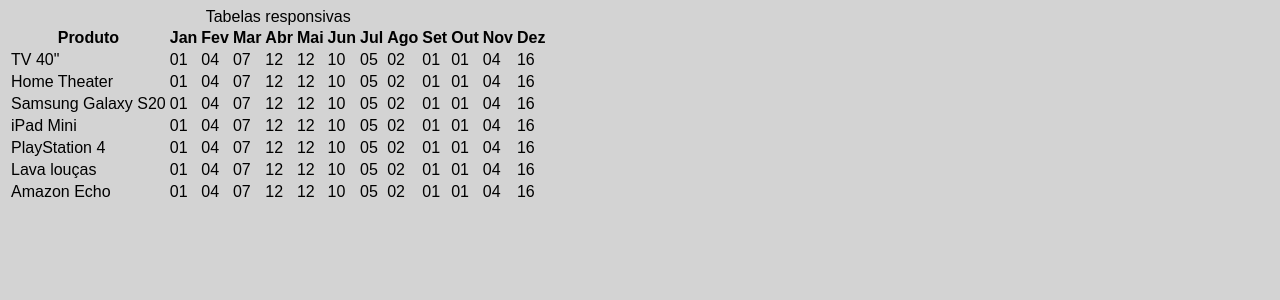
Repository: railsondev/html-css
Page: Módulo4/Exercício/pag01.html
These files come from the project's save history. The page is drawn as it stood at one moment and after a run of saves; the edit follows.
The browser window is 1280 px wide. The pictures show the whole page.

Above is the page before, as saved 2024-10-22 22:14:36.

### Módulo4/Exercício/pag01.html
<!DOCTYPE html>
<html lang="pt-br">
<head>
  <meta charset="UTF-8">
  <meta name="viewport" content="width=device-width, initial-scale=1.0">
  <title>Site de teste</title>
  <link rel="stylesheet" href="">
  <style>
    body {
      font-family: Arial, Helvetica, sans-serif;
      background-color: lightgrey;
    }
  </style>
</head>
<body>
  <table>
    <colgroup>
      <col class="produto">
    </colgroup>
    <caption>Tabelas responsivas</caption>
    <thead>
      <tr>
        <th>Produto</th>
        <th>Jan</th>
        <th>Fev</th>
        <th>Mar</th>
        <th>Abr</th>
        <th>Mai</th>
        <th>Jun</th>
        <th>Jul</th>
        <th>Ago</th>
        <th>Set</th>
        <th>Out</th>
        <th>Nov</th>
        <th>Dez</th>
      </tr>
    </thead>
    <tbody>
      <tr>
        <td>TV 40"</td>
        <td class="valor">01</td>
        <td class="valor">04</td>
        <td class="valor">07</td>
        <td class="valor">12</td>
        <td class="valor">12</td>
        <td class="valor">10</td>
        <td class="valor">05</td>
        <td class="valor">02</td>
        <td class="valor">01</td>
        <td class="valor">01</td>
        <td class="valor">04</td>
        <td class="valor">16</td>
      </tr>
      <tr>
        <td>Home Theater</td>
        <td class="valor">01</td>
        <td class="valor">04</td>
        <td class="valor">07</td>
        <td class="valor">12</td>
        <td class="valor">12</td>
        <td class="valor">10</td>
        <td class="valor">05</td>
        <td class="valor">02</td>
        <td class="valor">01</td>
        <td class="valor">01</td>
        <td class="valor">04</td>
        <td class="valor">16</td>
      </tr>
      <tr>
        <td>Samsung Galaxy S20</td>
        <td class="valor">01</td>
        <td class="valor">04</td>
        <td class="valor">07</td>
        <td class="valor">12</td>
        <td class="valor">12</td>
        <td class="valor">10</td>
        <td class="valor">05</td>
        <td class="valor">02</td>
        <td class="valor">01</td>
        <td class="valor">01</td>
        <td class="valor">04</td>
        <td class="valor">16</td>
      </tr>
      <tr>
        <td>iPad Mini</td>
        <td class="valor">01</td>
        <td class="valor">04</td>
        <td class="valor">07</td>
        <td class="valor">12</td>
        <td class="valor">12</td>
        <td class="valor">10</td>
        <td class="valor">05</td>
        <td class="valor">02</td>
        <td class="valor">01</td>
        <td class="valor">01</td>
        <td class="valor">04</td>
        <td class="valor">16</td>
      </tr>
      <tr>
        <td>PlayStation 4</td>
        <td class="valor">01</td>
        <td class="valor">04</td>
        <td class="valor">07</td>
        <td class="valor">12</td>
        <td class="valor">12</td>
        <td class="valor">10</td>
        <td class="valor">05</td>
        <td class="valor">02</td>
        <td class="valor">01</td>
        <td class="valor">01</td>
        <td class="valor">04</td>
        <td class="valor">16</td>
      </tr>
      <tr>
        <td>Lava louças</td>
        <td class="valor">01</td>
        <td class="valor">04</td>
        <td class="valor">07</td>
        <td class="valor">12</td>
        <td class="valor">12</td>
        <td class="valor">10</td>
        <td class="valor">05</td>
        <td class="valor">02</td>
        <td class="valor">01</td>
        <td class="valor">01</td>
        <td class="valor">04</td>
        <td class="valor">16</td>
      </tr>
      <tr>
        <td>Amazon Echo</td>
        <td class="valor">01</td>
        <td class="valor">04</td>
        <td class="valor">07</td>
        <td class="valor">12</td>
        <td class="valor">12</td>
        <td class="valor">10</td>
        <td class="valor">05</td>
        <td class="valor">02</td>
        <td class="valor">01</td>
        <td class="valor">01</td>
        <td class="valor">04</td>
        <td class="valor">16</td>
      </tr>
    </tbody>
  </table>
</body>
</html>

### Módulo4/Exercício/src/css/estilo05.css
@charset 'UTF-8';

body {
  font-family: Arial, Helvetica, sans-serif;
}

table {
  border-collapse: collapse;
}

caption {
  font-size: 1.2em;
  font-weight: bolder;
  padding: 20px;
}

th, td{
  border: 1px solid black;
}

tr:nth-child(even) {
  background-color: rgb(228, 228, 228);
}

.valor {
  text-align: center;
  vertical-align: center;
}

div#container {
  overflow-y: auto;
}

After the next 2 saves:
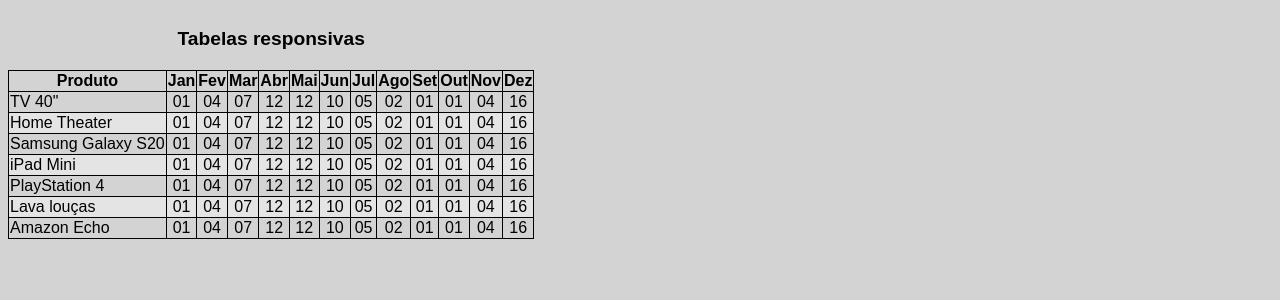
The 2 saves are shown as one change because they came seconds apart.
The last was saved 46 s later.
--- a/Módulo4/Exercício/pag01.html
+++ b/Módulo4/Exercício/pag01.html
@@ -4,7 +4,7 @@
   <meta charset="UTF-8">
   <meta name="viewport" content="width=device-width, initial-scale=1.0">
   <title>Site de teste</title>
-  <link rel="stylesheet" href="">
+  <link rel="stylesheet" href="src/css/estilo05.css">
   <style>
     body {
       font-family: Arial, Helvetica, sans-serif;
